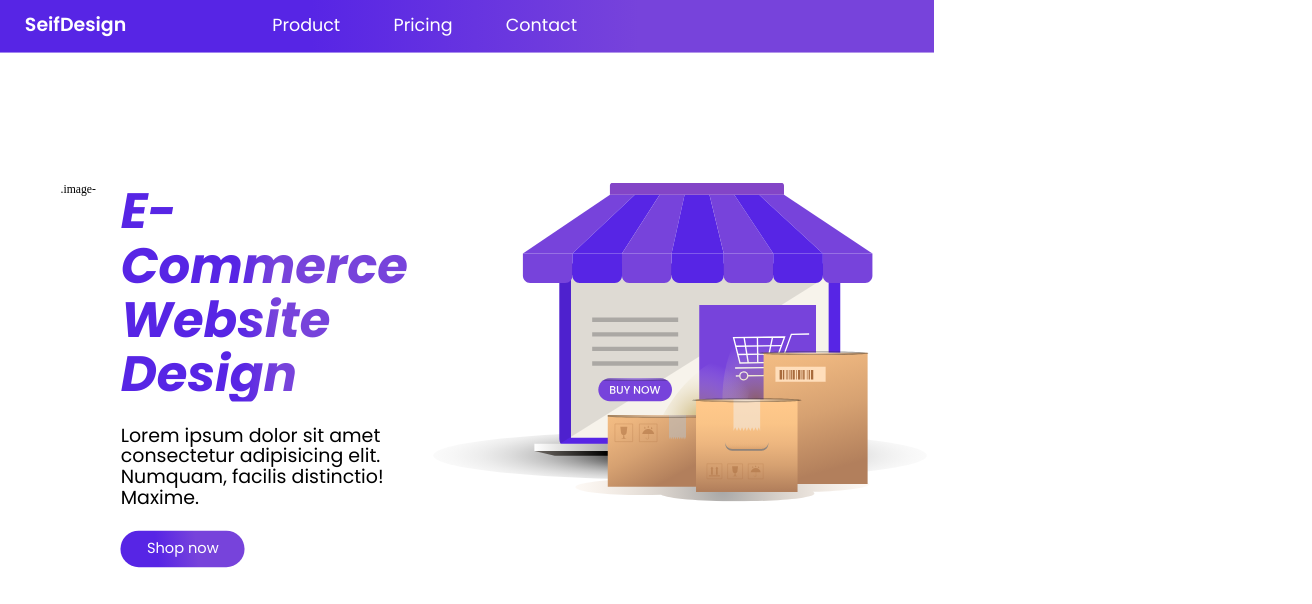
Repository: NatiqSamiyev/commers-desing-JS
Page: index.html
These files come from the project's save history. The page is drawn as it stood at one moment and after a run of saves; the edit follows.
The browser window is 1280 px wide. The page is 1280 px wide, then 1797 px, so the pictures cover 1797 px, including what lies to the right of the window. The pictures show the whole page, at 73% of full size.
Some web fonts or font styles are not loaded; a fallback is used.

Above is the page before, as saved 2023-11-06 11:29:38.

After the next 4 saves:
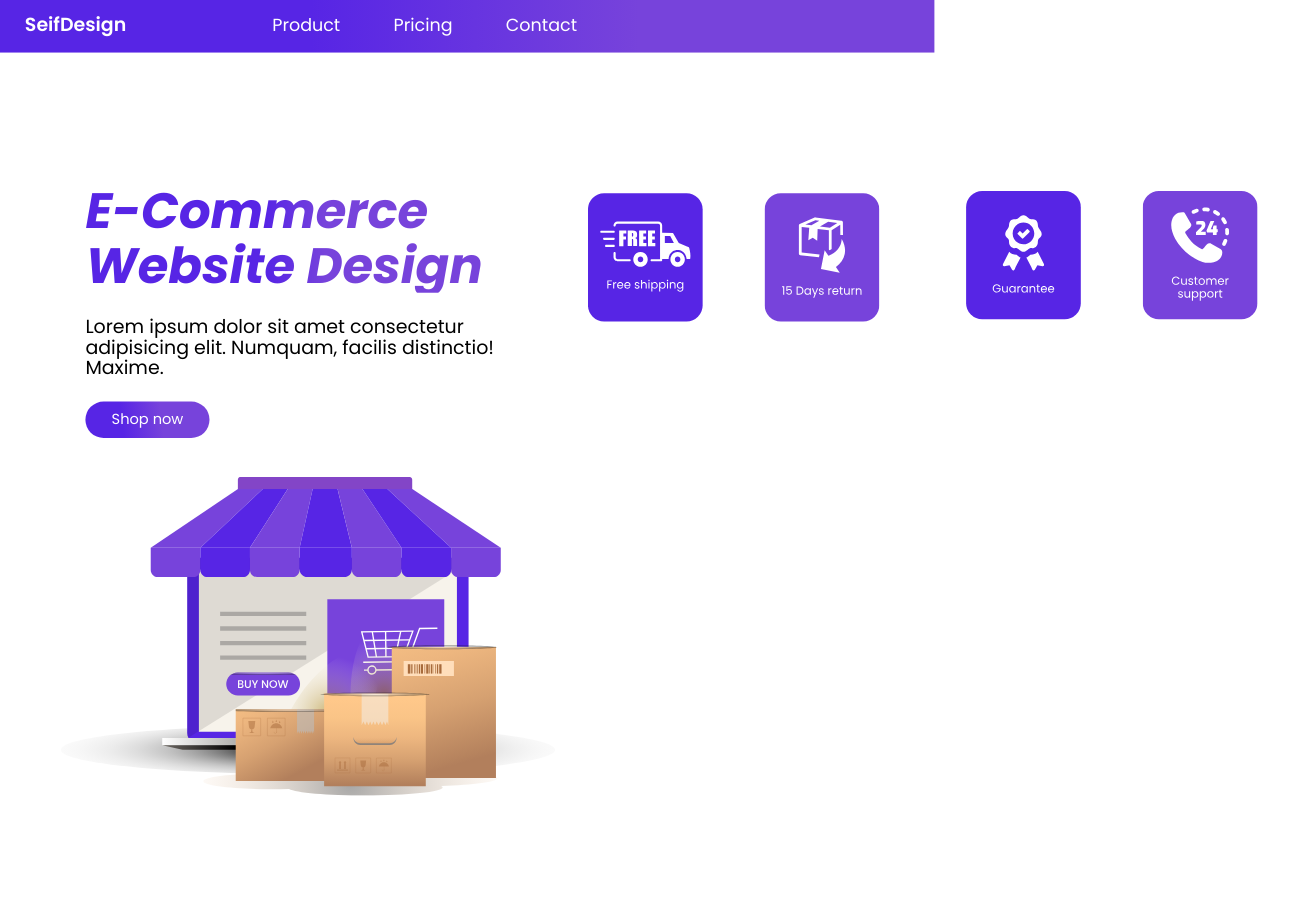
The 4 saves are shown as one change because they came seconds apart.
The last was saved 12 s later.
--- a/index.html
+++ b/index.html
@@ -29,20 +29,34 @@
       </div>
 
       <main>
-        .image-
-        <div class="box-1">
-          <h2>E-Commerce Website Design</h2>
-          <p>
-            Lorem ipsum dolor sit amet consectetur adipisicing elit. Numquam,
-            facilis distinctio! Maxime.
-          </p>
-          <button>
-            <a href="#">Shop now</a>
-          </button>
+        <div class="image-container">
+          <div class="box-1">
+            <h2>E-Commerce Website Design</h2>
+            <p>
+              Lorem ipsum dolor sit amet consectetur adipisicing elit. Numquam,
+              facilis distinctio! Maxime.
+            </p>
+            <button>
+              <a href="#">Shop now</a>
+            </button>
+          </div>
+
+          <div class="box-2">
+            <img src="./image/Group.svg" alt="" />
+          </div>
         </div>
 
-        <div class="box-2">
-          <img src="./image/Group.svg" alt="" />
+
+        <div class="bottom-container">
+          <div class="box-1">
+            <img src="./image/Frame 12.svg" alt="" />
+            <img src="./image/Frame 11.svg" alt="" />
+          </div>
+         <div class="box-2">
+          <img src="./image/Frame 10.svg" alt="" />
+          <img src="./image/Frame 13.svg" alt="" />
+         </div>
+
         </div>
       </main>
 
